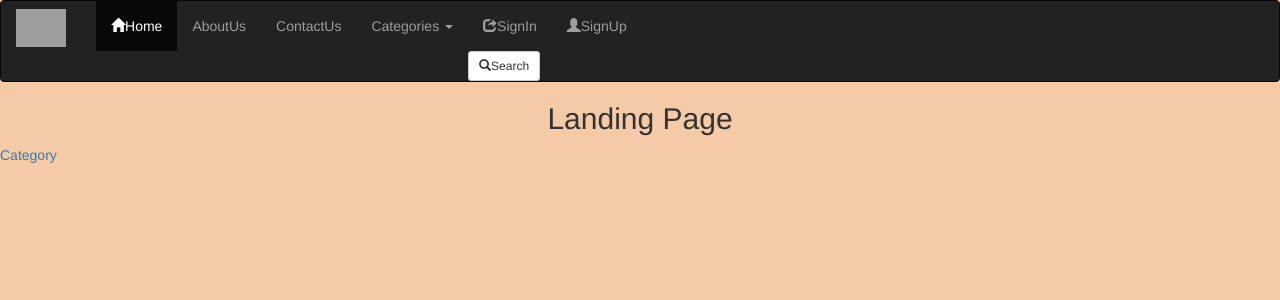
Repository: ananthi024/Java-Programs
Page: http://localhost/ClassyMissyFrontend/
These files come from the project's save history. The page is drawn as it stood at one moment and after the next save; the edit follows.
The browser window is 1280 px wide. The pictures show the whole page.
Pictures or frames that could not be fetched are drawn as grey boxes. Some web libraries are served in a nearby version. The page is served by Tomcat 9. Nobody is signed in. The application's start-up code is not run. Other server files are loaded and not shown.

Above is the page before, as saved 2017-06-23 21:17:23.
Console error (its wording comes from the project's code and is left out).

### MyProject-29.06.2017/ClassyMissyFrontend/src/main/webapp/index.jsp
<%@ page language="java" contentType="text/html"%>
<%@include file="WEB-INF/views/Header.jsp" %>
<h2 align="center">Landing Page</h2>
<a href="Category">Category</a>
</body>
</html>

### MyProject-29.06.2017/ClassyMissyFrontend/src/main/webapp/WEB-INF/views/Header.jsp
<%@ page language="java" contentType="text/html"%>

<html>
<head>
<title>Navbar Example</title>
<meta name="viewport" content="width=device-width,initial-scale=1">
<link rel="stylesheet" href="https://maxcdn.bootstrapcdn.com/bootstrap/3.3.7/css/bootstrap.min.css">
<script src="https://maxcdn.bootstrapcdn.com/bootstrap/3.3.7/js/bootstrap.min.js"></script>
<script src="https://ajax.googleapis.com/ajax/libs/jquery/3.1.1/jquery.min.js"></script>
</head>
<body style="background-color:#f5cba7">
<form action="gh">
<!-- Starting The Navbar Code -->
<nav class="navbar navbar-inverse">
<div class="container-fluid">

<div class="navbar-header">
<a class="navbar-brand" rel="home" href="#" title="The Exprssion of Pearl">
                <img style="max-width:50px; margin-top: -7px;"
                     src="E:\New folder\cma2.jpg">
            </a>
<a class="navbar-brand" href="Home.jsp"></a>
</div>


<ul class="nav navbar-nav">
<li class="active"><a href="Home.jsp"><span class="glyphicon glyphicon-home"></span>Home</a></li>
<li><a href="AboutUs">AboutUs</a></li>
<li><a href="ContactUs.jsp">ContactUs</a></li>
 <li class="dropdown">
          <a href="#" class="dropdown-toggle" data-toggle="dropdown" role="button" aria-haspopup="true" aria-expanded="false">Categories <span class="caret"></span></a>
          <ul class="dropdown-menu">
            <li><a href="#">Page 1-1</a></li>
            <li><a href="#">Page 1-2</a></li>
            <li><a href="#">Page 1-3</a></li>
          </ul></li>

<div class="nav navbar-nav navbar-right">
<li><a href="SignIn.jsp"><span class="glyphicon glyphicon-share"></span>SignIn </a></li>
<li><a href="Register.jsp"><span class="glyphicon glyphicon-user"></span>SignUp </a></li>

<!-- Search Button -->
 <p>
        <li><button type="button" class="btn btn-default btn-sm">
          <span class="glyphicon glyphicon-search"></span>Search
        </button></li>
      </p>
</div>
</ul>
</div>
</nav>
</form>
</body>
</html>

After the next save:
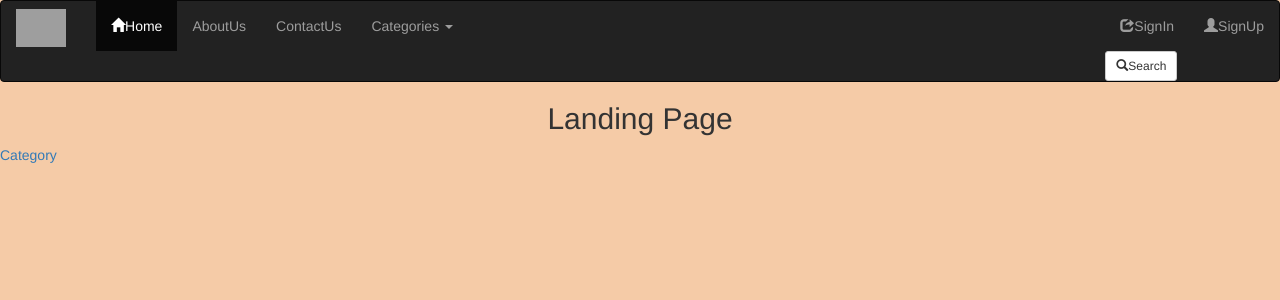
Saved 10 min 5 s later.
--- a/MyProject-29.06.2017/ClassyMissyFrontend/src/main/webapp/WEB-INF/views/Header.jsp
+++ b/MyProject-29.06.2017/ClassyMissyFrontend/src/main/webapp/WEB-INF/views/Header.jsp
@@ -27,13 +27,14 @@
 <li class="active"><a href="Home.jsp"><span class="glyphicon glyphicon-home"></span>Home</a></li>
 <li><a href="AboutUs">AboutUs</a></li>
 <li><a href="ContactUs.jsp">ContactUs</a></li>
- <li class="dropdown">
-          <a href="#" class="dropdown-toggle" data-toggle="dropdown" role="button" aria-haspopup="true" aria-expanded="false">Categories <span class="caret"></span></a>
+ <li class="dropdown"><a href="#" class="dropdown-toggle"
+ data-toggle="dropdown" role="button" aria-haspopup="true"
+ aria-expanded="false">Categories <span class="caret"></span></a>
           <ul class="dropdown-menu">
-            <li><a href="#">Page 1-1</a></li>
-            <li><a href="#">Page 1-2</a></li>
-            <li><a href="#">Page 1-3</a></li>
-          </ul></li>
+            <li><a href="#">Page 1</a></li>
+            <li><a href="#">Page 2</a></li>
+            <li><a href="#">Page 3</a></li>
+          </ul></li></ul>
 
 <div class="nav navbar-nav navbar-right">
 <li><a href="SignIn.jsp"><span class="glyphicon glyphicon-share"></span>SignIn </a></li>
@@ -46,7 +47,7 @@
         </button></li>
       </p>
 </div>
-</ul>
+
 </div>
 </nav>
 </form>

After the save that followed:
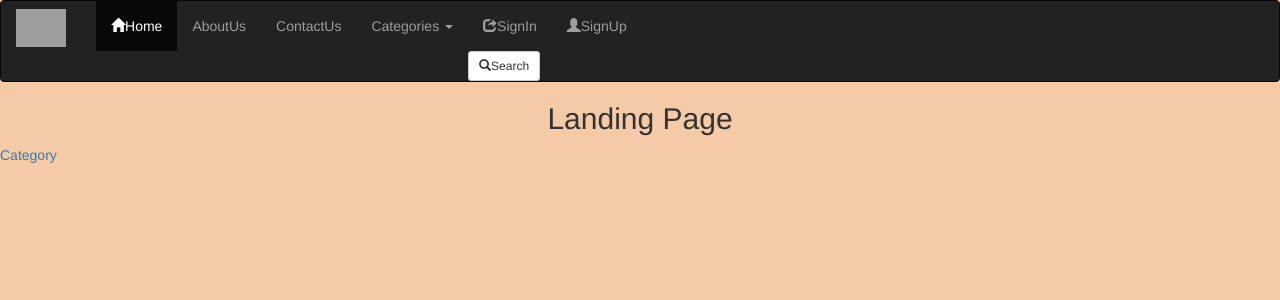
Saved 3 min 9 s later.
--- a/MyProject-29.06.2017/ClassyMissyFrontend/src/main/webapp/WEB-INF/views/Header.jsp
+++ b/MyProject-29.06.2017/ClassyMissyFrontend/src/main/webapp/WEB-INF/views/Header.jsp
@@ -34,7 +34,7 @@
             <li><a href="#">Page 1</a></li>
             <li><a href="#">Page 2</a></li>
             <li><a href="#">Page 3</a></li>
-          </ul></li></ul>
+          </ul></li>
 
 <div class="nav navbar-nav navbar-right">
 <li><a href="SignIn.jsp"><span class="glyphicon glyphicon-share"></span>SignIn </a></li>
@@ -47,7 +47,7 @@
         </button></li>
       </p>
 </div>
-
+</ul>
 </div>
 </nav>
 </form>
